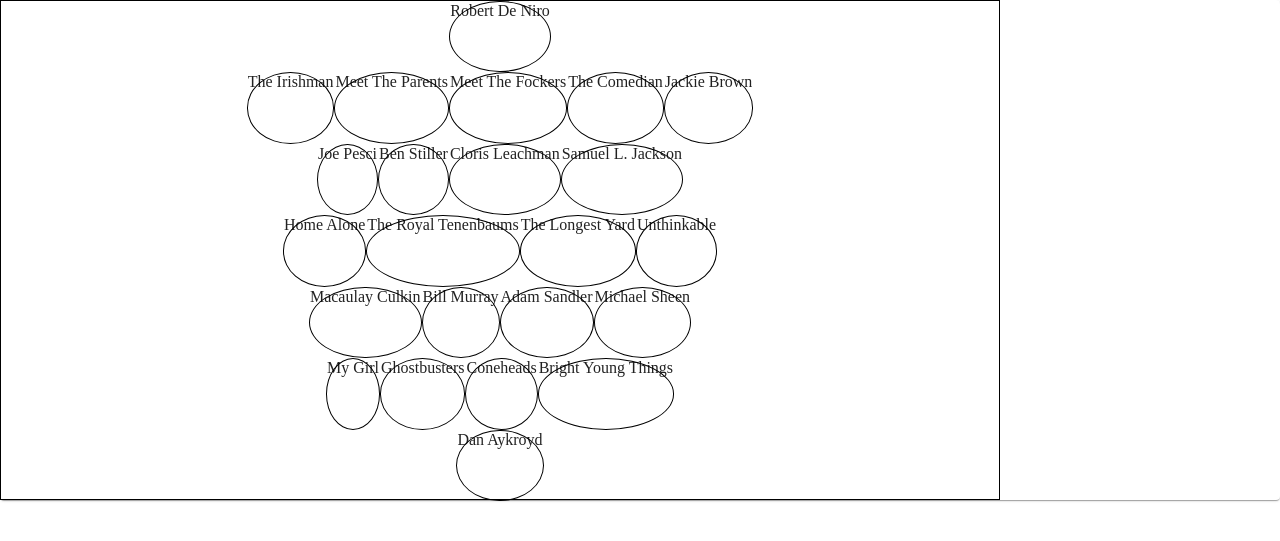
Repository: crittelmeyer/bacon
Page: /
An editor plug-in stored every save of this project. The page is shown before and after the next save, followed by the edit.
The browser window is 1280 px wide. The pictures show the whole page.
The project was rebuilt for these pictures with package versions that can differ from the ones it lists, and the page was loaded fresh each time. Requests to the local data server were answered from the project's data file. Also part of the build but not shown: src/components/Section.jsx, src/components/Grid.jsx, src/components/Row.jsx, src/utils/getColWidth.js, src/components/Col.jsx, src/components/Headings.jsx, src/containers/RepositoryList.jsx, src/containers/RepositorySection.jsx and 1 more.

Above is the page before, as saved 2019-12-02 15:42:46.

After the next save:
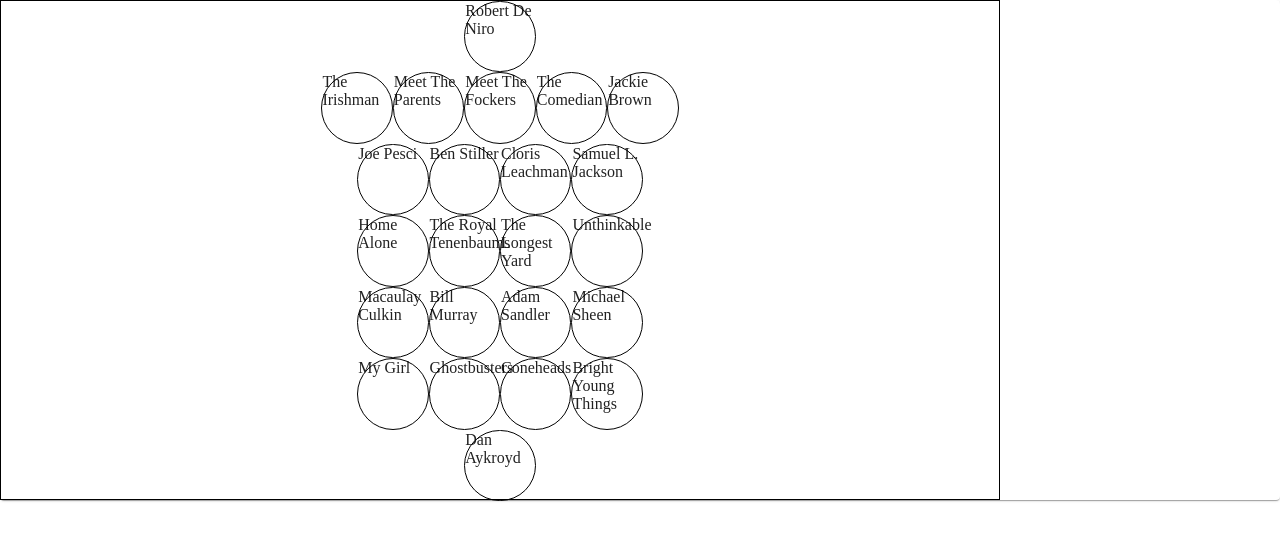
Saved 11 s later.
--- a/src/components/BaconGraph/BaconGraph.jsx
+++ b/src/components/BaconGraph/BaconGraph.jsx
@@ -27,6 +27,7 @@
     border: 'solid black 1px',
     borderRadius: '100%',
     height: GRAPH_HEIGHT / levelCount,
+    width: GRAPH_HEIGHT / levelCount,
   }),
 };
 
@@ -60,7 +61,7 @@
                   nodeLevel
                 )
               }
-            </div>),
+             </div>),
           nodesGrouped
         )
       }
